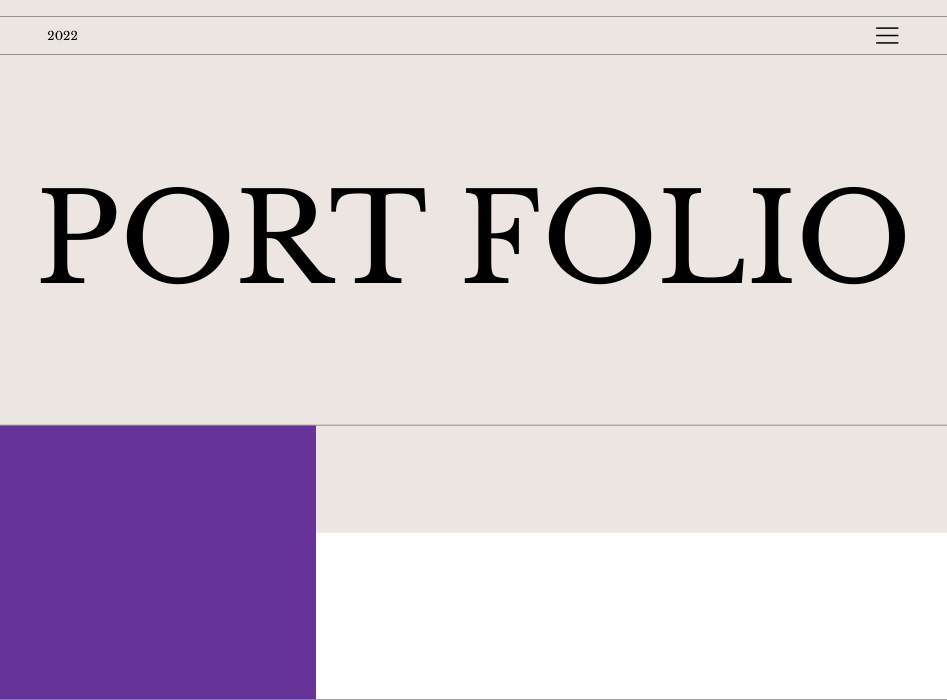
Repository: clsrnemfdml/portfolio_parksj_versiton1
Page: index.html
These files come from the project's save history. The page is drawn as it stood at one moment and after the next save; the edit follows.
The browser window is 1280 px wide. The pictures show the whole page, at 74% of full size.

Above is the page before, as saved 2021-09-02 07:16:31.

### index.html
<!DOCTYPE html>
<html lang="en">
<head>
    <meta charset="UTF-8">
    <meta http-equiv="X-UA-Compatible" content="IE=edge">
    <meta name="viewport" content="width=device-width, initial-scale=1.0">
    <title>parkjs portfolio</title>
    <meta name="descripsion" content="박수진의 포트폴리오 입니다.">
    <link rel="stylesheet" href="css/reset.css">
    <link rel="stylesheet" href="css/index.css">
    <style> @import url('https://fonts.googleapis.com/css2?family=Libre+Baskerville&display=swap');</style>
    <script src="js/index.js"></script>

</head>
<body>
    <div id="wrap">
        <section id="section1">
            <div class="menu">
                <p>2022</p>
                <span>
                </span>
            </div>
            <div class="content">
                <h6>PORT FOLIO</h6>
            </div>
            <div class="content_bottom">
                <div class="rsum1"></div>
                <div class="rsum2"></div>
                <div class="rsum3"></div>
            </div>
        </section>
    </div>

</body>
</html>

### css/index.css


#wrap{width: 100%; height: auto;}




/*section1 */
#wrap #section1{height: 100vh; width: 100%; background: #ECE5E1;
    font-family: 'Libre Baskerville', serif;}
#wrap #section1 .menu{width: 100%; height: 50px; border-bottom: 1px solid #767371;
    border-top: 1px solid #767371; position: relative; top: 22px;

}
#wrap #section1 .menu p{line-height: 50px; padding-left: 5%; display: inline-block;}
#wrap #section1 .menu span{
    display: block;
    position: absolute;
    right: 4%;
    top: 50%;
    transform: translate(-50%, -50%);
    width: 30px;
    height: 2px;
    background: rgb(0, 0, 0);
    float: right;
}
    #wrap #section1 .menu span::before{
    content: '';
    width: 30px;
    height: 2px;
    background: rgb(0, 0, 0);
    position: absolute;
    left: 0;
    bottom: 10px;
    transform: rotate(0deg);
    transition-duration: .3s;
}
    #wrap #section1 .menu span::after{
        content: '';
        width: 30px;
        height: 2px;
        background: rgb(0, 0, 0);
        position: absolute;
        left: 0;
        top: 10px;
        transform: rotate(0deg);
        transition-duration: .3s;
    }

    #wrap #section1 .content{
        height: 500px; position: relative; width: 100%;
        font-size: 13vw;
        text-align: center;
        margin-top: 22px;
        border-bottom: 1px solid #767371;

    }
    #wrap #section1 .content h6{
        position: absolute;
        width: 100%;
        top: 50%;
        left: 50%;
        transform: translate(-50% , -50%);
        font-weight: 300;
    }

    #wrap #section1 .content_bottom{
        height: 370px;
        width: 100%;
        position: absolute;
        border-bottom: 1px solid #767371;
    }


    #wrap #section1 .content_bottom .rsum1{
        width: 33.333%;
        height: inherit;
        background: rebeccapurple;
    }

Loaded but not shown: css/reset.css (common file); js/index.js (no stored copy; drawn as an empty file)

After the next save:
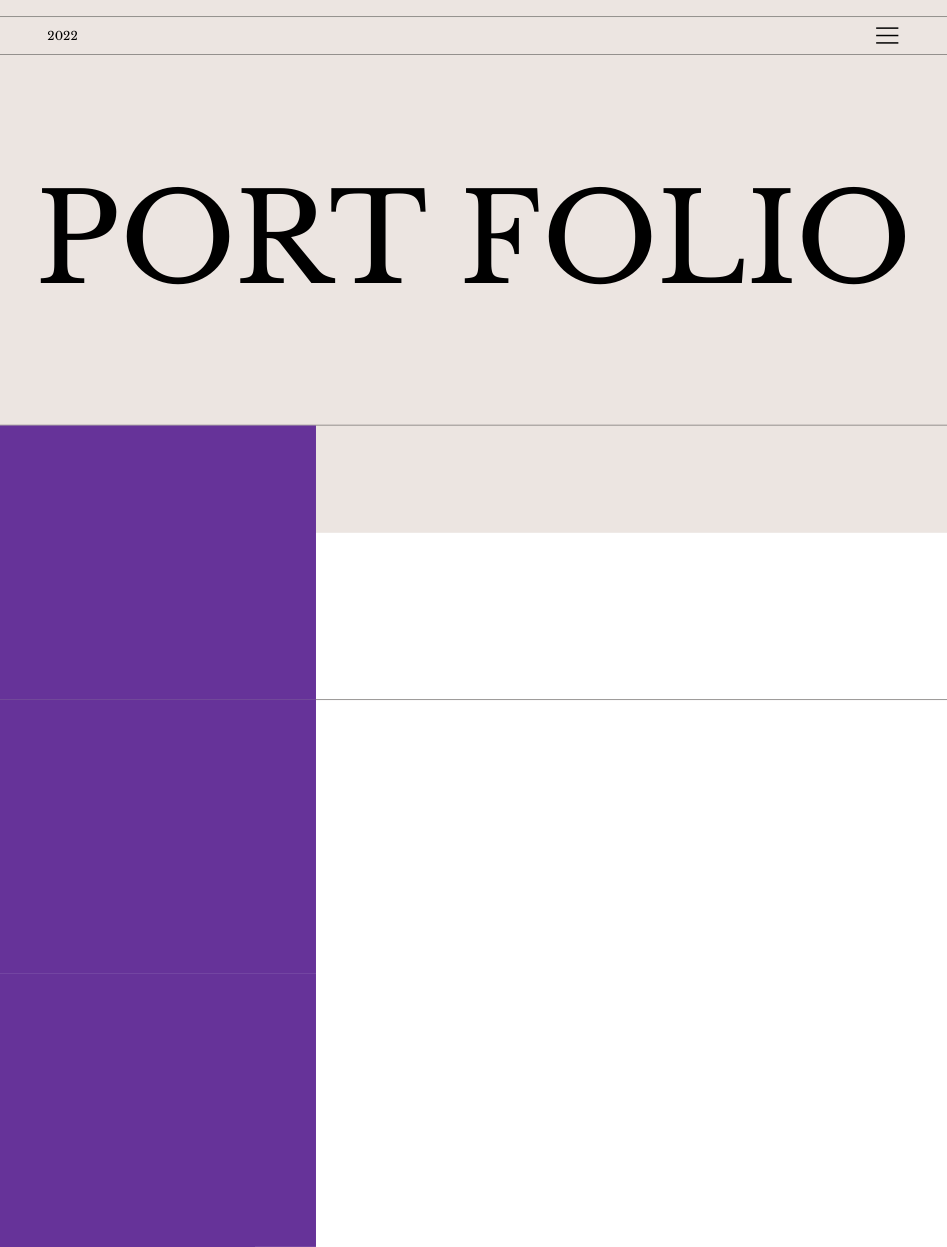
Saved 10 s later.
--- a/css/index.css
+++ b/css/index.css
@@ -72,7 +72,7 @@
     }
 
 
-    #wrap #section1 .content_bottom .rsum1{
+    #wrap #section1 .content_bottom > div{
         width: 33.333%;
         height: inherit;
         background: rebeccapurple;
